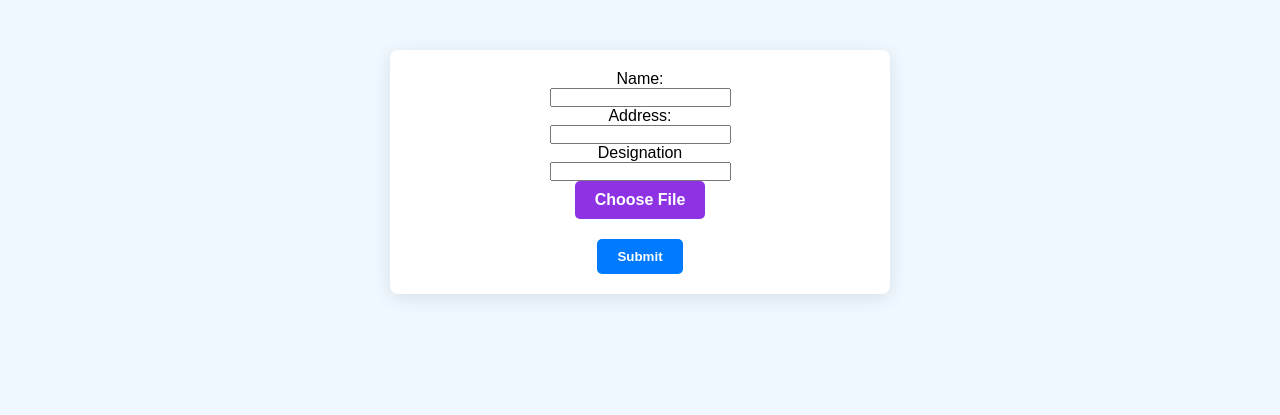
Repository: Muskan1Kumari4draw/React-app-with-concept
Page: /
The author's editor kept a copy of each file at every save. The page is drawn from the files as they stood at one save, then again after the next save.
The browser window is 1280 px wide. The pictures show the whole page.
The project was rebuilt for these pictures with package versions that can differ from the ones it lists, and the page was loaded fresh each time.

Above is the page before, as saved 2024-10-22 11:46:10.

### src/App.js
import React from "react";
// import Restaurant from "./component/Basic/Restaurant";

// import UseState from "./component/Hooke/useState";
// import UseEffect from "./component/Hooke/UseEffect";
import FileUpload from "./component/File-upload/FileUpload";
// import Restaurant from "./component/Basic/Restaurant";
// import Navbar from "./component/Basic/Navbar";
const App = () => {
  return (
    <>
      <FileUpload />
      {/* <Restaurant /> */}
      {/* <UseState className="Use" /> */}
      {/* <UseEffect className="Use" /> */}
    </>
  );
};

export default App;

### src/component/File-upload/FileUpload.js
import React from "react";
import "./style.css";

const FileUpload = () => {
  return (
    <>
      <div className="container">
        <form className="form-control">
          <label className="form-label">Name:</label>
          <input
            className="form-control input"
            type="text"
            id="name"
            name="name"
          />
          <label className="form-label">Address:</label>
          <input
            className="form-control input"
            type="text"
            id="address"
            name="address"
          />
          <label className="form-label">Designation</label>
          <input
            className="form-control input"
            type="text"
            id="designation"
            name="designation"
          />
          <label className="label" htmlFor="file">
            Choose File
          </label>
          <input
            className="form-control input"
            type="file"
            id="file"
            name="file"
          />
          <button type="submit">Submit</button>
        </form>
      </div>
    </>
  );
};

export default FileUpload;

### src/component/File-upload/style.css
* {
  margin: 0;
  padding: 0;
  box-sizing: border-box;
}

body {
  font-family: Arial, sans-serif;
  background-color: #f0f8ff;
}

.container {
  width: 100%;
  max-width: 500px;
  margin: 50px auto;
  padding: 20px;
  border-radius: 8px;
  box-shadow: 0 4px 20px rgba(0, 0, 0, 0.1);
  background-color: #ffffff;
}

.form-control {
  display: flex;
  flex-direction: column;
  align-items: center;
}

input[type="file"] {
  display: none;
}

.label {
  display: inline-block;
  padding: 10px 20px;
  background-color: rgb(142, 51, 227);
  color: white;
  border-radius: 5px;
  cursor: pointer;
  font-weight: bold;
  transition: background-color 0.3s ease;
}

.label:hover {
  background-color: rgb(72, 2, 102);
}

button {
  margin-top: 20px;
  padding: 10px 20px;
  border: none;
  border-radius: 5px;
  background-color: #007bff;
  color: white;
  font-weight: bold;
  cursor: pointer;
  transition: background-color 0.3s ease;
}

button:hover {
  background-color: #0056b3;
}

Loaded but not shown: public/index.html (common file); src/index.js (common file); src/reportWebVitals.js (common file)

After the next save:
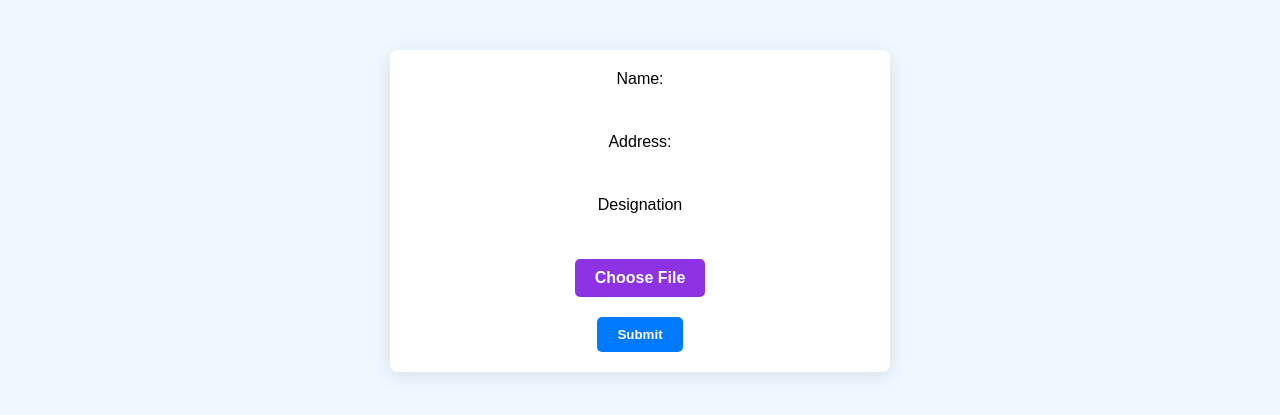
Saved 33 s later.
--- a/src/component/File-upload/style.css
+++ b/src/component/File-upload/style.css
@@ -59,3 +59,12 @@ button {
 button:hover {
   background-color: #0056b3;
 }
+#designation,
+#name,
+#address {
+  width: 100%;
+  padding: 10px;
+  border: none;
+  border-radius: 5px;
+  margin-bottom: 10px;
+}
